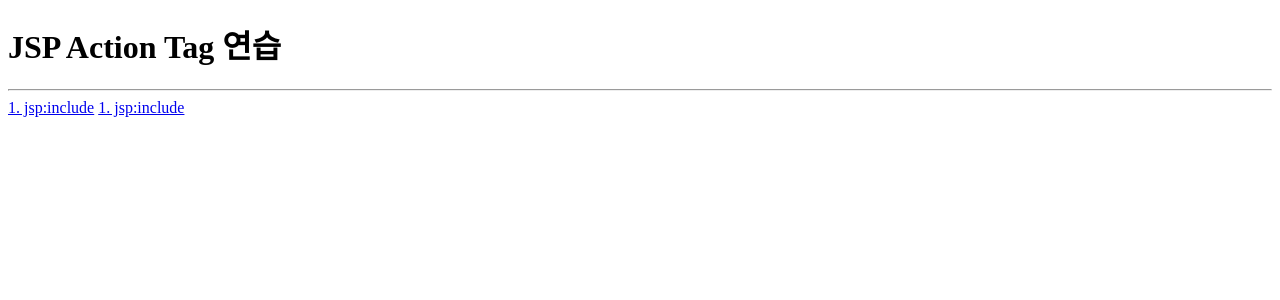
Repository: ajtwls1256/Web-workspace
Page: Day55-jspTag/WebContent/index.html
These files come from the project's save history. The page is drawn as it stood at one moment and after the next save; the edit follows.
The browser window is 1280 px wide. The pictures show the whole page.

Above is the page before, as saved 2019-10-14 01:04:49.

### Day55-jspTag/WebContent/index.html
<!DOCTYPE html>
<html>
<head>
<meta charset="UTF-8">
<title>Insert title here</title>
</head>
<body>
	<h1> JSP Action Tag 연습</h1>
	<hr>
	<!-- context root 가 /jsp이므로 a태그와 같이 브라우저에서 읽어지는 태그에선 context root에 맞춰서 넣어준다. -->
	<a href="/jsp/actionTag/jsp_include.jsp">1. jsp:include</a>

	<a href="/jsp/actionTag/jsp_forward.jsp">1. jsp:include</a>
</body>
</html>

After the next save:
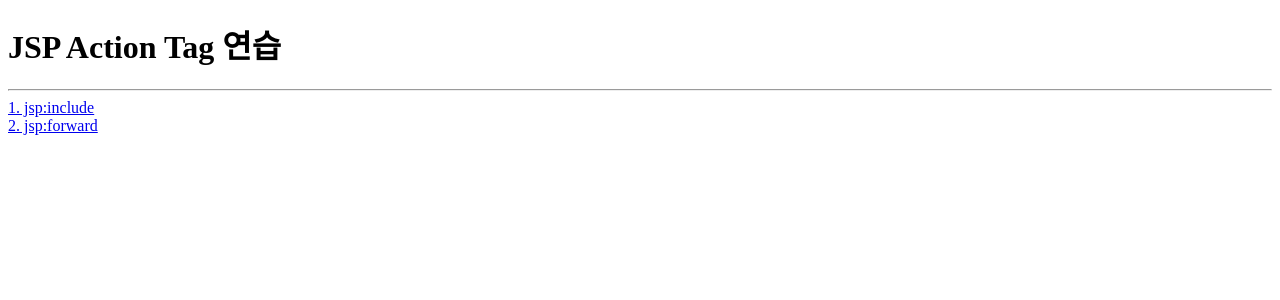
Saved 17 s later.
--- a/Day55-jspTag/WebContent/index.html
+++ b/Day55-jspTag/WebContent/index.html
@@ -8,8 +8,8 @@
 	<h1> JSP Action Tag 연습</h1>
 	<hr>
 	<!-- context root 가 /jsp이므로 a태그와 같이 브라우저에서 읽어지는 태그에선 context root에 맞춰서 넣어준다. -->
-	<a href="/jsp/actionTag/jsp_include.jsp">1. jsp:include</a>
+	<a href="/jsp/actionTag/jsp_include.jsp">1. jsp:include</a><br>
 
-	<a href="/jsp/actionTag/jsp_forward.jsp">1. jsp:include</a>
+	<a href="/jsp/actionTag/jsp_forward.jsp">2. jsp:forward</a><br>
 </body>
 </html>
